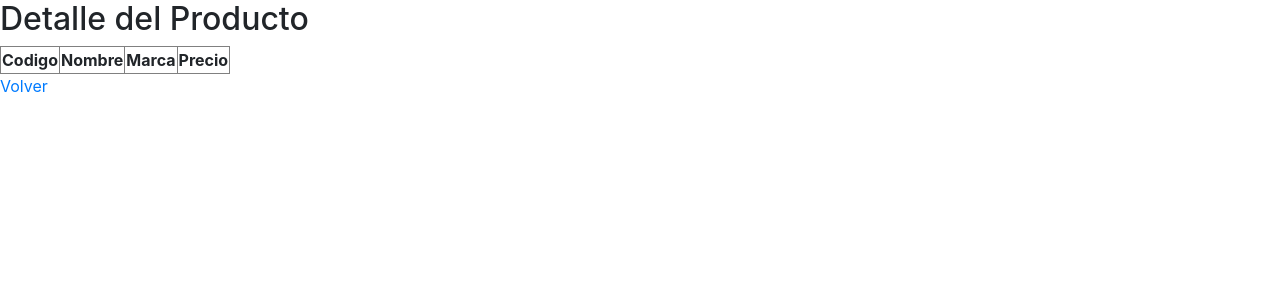
Repository: Alemartinez97/New-Repository
Page: programacion-3/tp4/verProducto.html
An editor plug-in stored every save of this project. The page is shown before and after the next save, followed by the edit.
The browser window is 1280 px wide. The pictures show the whole page.

Above is the page before, as saved 2020-06-11 14:58:23.

### programacion-3/tp4/verProducto.html
<!DOCTYPE html>
<html lang="en">
<head>
    <meta charset="UTF-8">
    <meta name="viewport" content="width=device-width, initial-scale=1.0">
    <title>Document</title>
    <link rel="stylesheet" href="https://stackpath.bootstrapcdn.com/bootstrap/4.5.0/css/bootstrap.min.css" integrity="sha384-9aIt2nRpC12Uk9gS9baDl411NQApFmC26EwAOH8WgZl5MYYxFfc+NcPb1dKGj7Sk" crossorigin="anonymous">
</head>
<body>
    <table border="1">
        <h2>Detalle del Producto</h2>
        <tbody>
          <tr>
            <th>Codigo</th>
            <th>Nombre</th>
            <th>Marca</th>
            <th>Precio</th>
          </tr>
        </tbody>
      </table>
      <a href="producto.html">Volver</a>
</body>
</html>

After the next save:
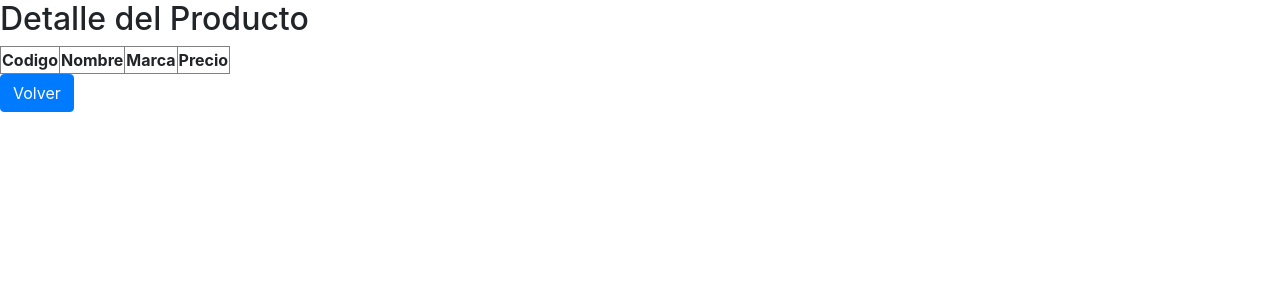
Saved 15 s later.
--- a/programacion-3/tp4/verProducto.html
+++ b/programacion-3/tp4/verProducto.html
@@ -18,6 +18,6 @@
           </tr>
         </tbody>
       </table>
-      <a href="producto.html">Volver</a>
+      <a href="producto.html" class="btn btn-primary">Volver</a>
 </body>
 </html>
